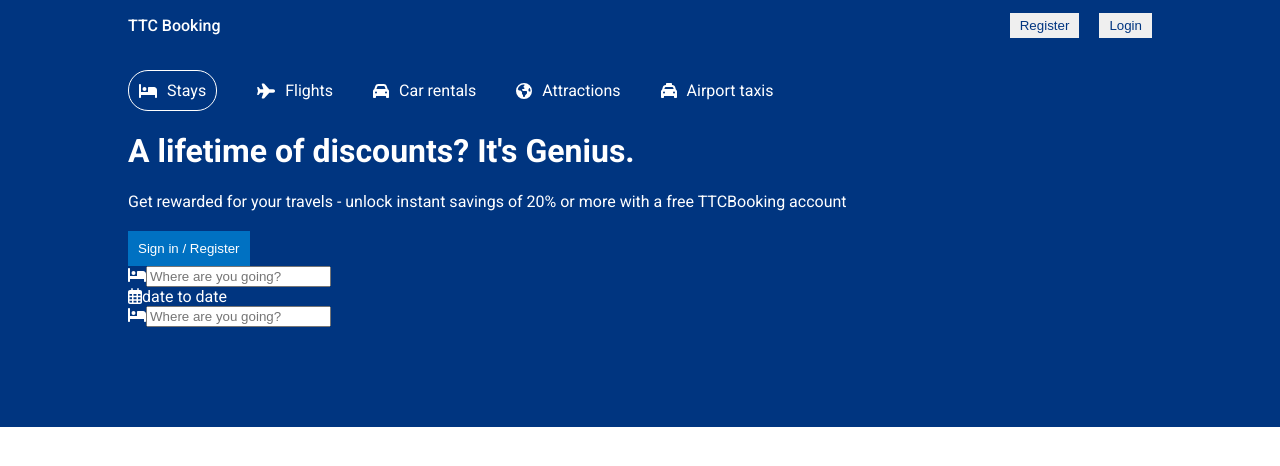
Repository: CarsonDev1/booking-app
Page: /
An editor plug-in stored every save of this project. The page is shown before and after the next save, followed by the edit.
The browser window is 1280 px wide. The pictures show the whole page.
The project was rebuilt for these pictures with package versions that can differ from the ones it lists, and the page was loaded fresh each time. Also part of the build but not shown: src/pages/home/home.css, src/pages/hotel/Hotel.jsx, src/pages/list/List.jsx.

Above is the page before, as saved 2022-12-03 01:00:52.

### public/index.html
<!DOCTYPE html>
<html lang="en">

<head>
  <meta charset="utf-8" />
  <link rel="icon" href="%PUBLIC_URL%/favicon.ico" />
  <meta name="viewport" content="width=device-width, initial-scale=1" />
  <meta name="theme-color" content="#000000" />
  <meta name="description" content="Web site created using create-react-app" />
  <link rel="apple-touch-icon" href="%PUBLIC_URL%/logo192.png" />
  <!--
      manifest.json provides metadata used when your web app is installed on a
      user's mobile device or desktop. See https://developers.google.com/web/fundamentals/web-app-manifest/
    -->
  <link rel="manifest" href="%PUBLIC_URL%/manifest.json" />
  <link rel="preconnect" href="https://fonts.googleapis.com">
  <link rel="preconnect" href="https://fonts.gstatic.com" crossorigin>
  <link
    href="https://fonts.googleapis.com/css2?family=Poppins:ital,wght@0,400;0,500;0,600;0,700;0,800;1,400;1,500;1,600;1,700&family=Roboto:ital,wght@0,300;0,400;0,500;0,700;1,300;1,400;1,500;1,700&display=swap"
    rel="stylesheet">
  <!--
      Notice the use of %PUBLIC_URL% in the tags above.
      It will be replaced with the URL of the `public` folder during the build.
      Only files inside the `public` folder can be referenced from the HTML.

      Unlike "/favicon.ico" or "favicon.ico", "%PUBLIC_URL%/favicon.ico" will
      work correctly both with client-side routing and a non-root public URL.
      Learn how to configure a non-root public URL by running `npm run build`.
    -->
  <title>React App</title>
</head>

<body>
  <noscript>You need to enable JavaScript to run this app.</noscript>
  <div id="root"></div>
  <!--
      This HTML file is a template.
      If you open it directly in the browser, you will see an empty page.

      You can add webfonts, meta tags, or analytics to this file.
      The build step will place the bundled scripts into the <body> tag.

      To begin the development, run `npm start` or `yarn start`.
      To create a production bundle, use `npm run build` or `yarn build`.
    -->
</body>

</html>

### src/index.css
body {
	margin: 0;
	padding: 0;
	box-sizing: border-box;
	font-family: "Roboto", sans-serif;
}

### src/App.js
import { BrowserRouter, Routes, Route } from "react-router-dom";
import Home from "./pages/home/Home";
import Hotel from "./pages/hotel/Hotel";
import List from "./pages/list/List";
function App() {
	return (
		<BrowserRouter>
			<Routes>
				<Route path="/" element={<Home />} />
				<Route path="/hotels" element={<List />} />
				<Route path="/hotels/:id" element={<Hotel />} />
			</Routes>
		</BrowserRouter>
	);
}

export default App;

### src/pages/home/Home.jsx
import Header from "../../components/header/Header";
import Navbar from "../../components/navbar/Navbar";
import "./home.css";

const Home = () => {
	return (
		<div>
			<Navbar />
			<Header />
		</div>
	);
};

export default Home;

### src/components/header/Header.jsx
import { faCalendarDays } from "@fortawesome/free-regular-svg-icons";
import {
	faBed,
	faCar,
	faEarth,
	faMountain,
	faPlane,
	faTaxi,
} from "@fortawesome/free-solid-svg-icons";
import { FontAwesomeIcon } from "@fortawesome/react-fontawesome";
import "./header.css";

const Header = () => {
	return (
		<div className="header">
			<div className="headerContainer">
				<div className="headerList">
					<div className="headerListItem active">
						<FontAwesomeIcon icon={faBed} />
						<span>Stays</span>
					</div>
					<div className="headerListItem">
						<FontAwesomeIcon icon={faPlane} />
						<span>Flights</span>
					</div>
					<div className="headerListItem">
						<FontAwesomeIcon icon={faCar} />
						<span>Car rentals</span>
					</div>
					<div className="headerListItem">
						<FontAwesomeIcon icon={faEarth} />
						<span>Attractions</span>
					</div>
					<div className="headerListItem">
						<FontAwesomeIcon icon={faTaxi} />
						<span>Airport taxis</span>
					</div>
				</div>
				<h1 className="headerTitle">
					A lifetime of discounts? It's Genius.
				</h1>
				<p className="headerDesc">
					Get rewarded for your travels - unlock instant savings of
					20% or more with a free TTCBooking account
				</p>
				<button className="headerBtn">Sign in / Register</button>
				<div className="headerSearch">
					<div className="headerSearchItem">
						<FontAwesomeIcon icon={faBed} className="headerIcon" />
						<input
							type="text"
							placeholder="Where are you going?"
							className="headerSearchInput"
						/>
					</div>
					<div className="headerSearchItem">
						<FontAwesomeIcon
							icon={faCalendarDays}
							className="headerIcon"
						/>
						<span className="headerSearchText">date to date</span>
					</div>
					<div className="headerSearchItem">
						<FontAwesomeIcon icon={faBed} className="headerIcon" />
						<input
							type="text"
							placeholder="Where are you going?"
							className="headerSearchInput"
						/>
					</div>
				</div>
			</div>
		</div>
	);
};

export default Header;

### src/components/navbar/Navbar.jsx
import "./navbar.css";

const NavBar = () => {
	return (
		<div className="navbar">
			<div className="navContainer">
				<span className="logo">TTC Booking</span>
				<div className="navItems">
					<button className="navButton">Register</button>
					<button className="navButton">Login</button>
				</div>
			</div>
		</div>
	);
};

export default NavBar;

### src/components/header/header.css
.header {
	background-color: #003580;
	color: white;
	display: flex;
	justify-content: center;
}
.headerContainer {
	width: 100%;
	max-width: 1024px;
	margin: 20px 0px 100px 0px;
}
.headerList {
	display: flex;
	gap: 40px;
}
.headerListItem {
	display: flex;
	align-items: center;
	gap: 10px;
}
.headerListItem.active {
	border: 1px solid white;
	padding: 10px;
	border-radius: 20px;
}
.headerDesc {
	margin: 20px 0px;
}
.headerBtn {
	background-color: #0071c2;
	color: white;
	font-weight: 500;
	border: none;
	padding: 10px;
	cursor: pointer;
}

### src/components/navbar/navbar.css
.navbar {
	height: 50px;
	background-color: #003580;
	display: flex;
	justify-content: center;
}
.navContainer {
	width: 100%;
	max-width: 1024px;
	color: white;
	display: flex;
	align-items: center;
	justify-content: space-between;
}
.logo {
	font-weight: 500;
}
.navButton {
	margin-left: 20px;
	border: none;
	padding: 5px 10px;
	cursor: pointer;
	color: #003580;
}

Loaded but not shown: src/index.js (common file)

After the next save:
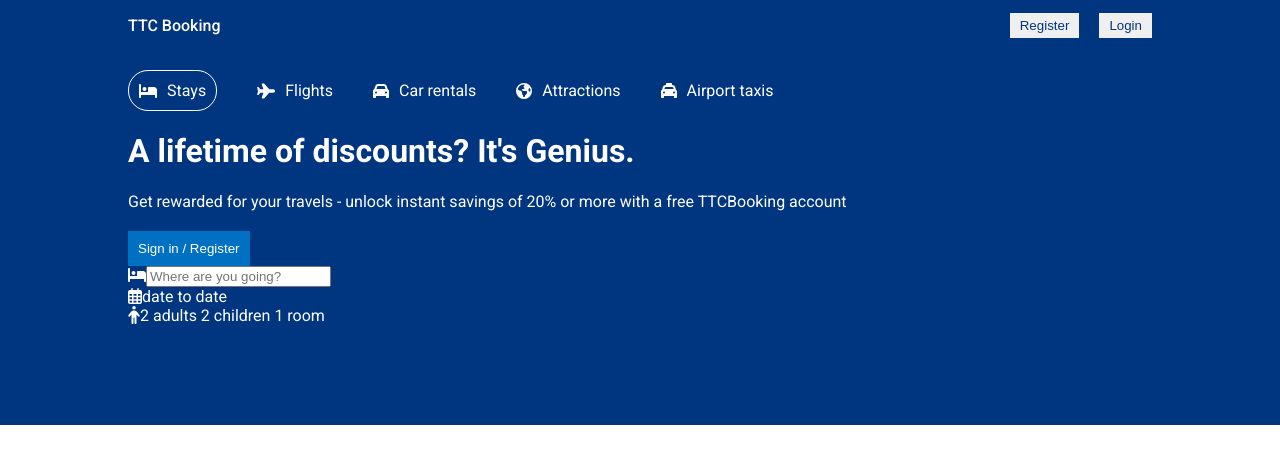
Saved 49 s later.
--- a/src/components/header/Header.jsx
+++ b/src/components/header/Header.jsx
@@ -4,6 +4,7 @@ import {
 	faCar,
 	faEarth,
 	faMountain,
+	faPerson,
 	faPlane,
 	faTaxi,
 } from "@fortawesome/free-solid-svg-icons";
@@ -61,12 +62,13 @@ const Header = () => {
 						<span className="headerSearchText">date to date</span>
 					</div>
 					<div className="headerSearchItem">
-						<FontAwesomeIcon icon={faBed} className="headerIcon" />
-						<input
-							type="text"
-							placeholder="Where are you going?"
-							className="headerSearchInput"
+						<FontAwesomeIcon
+							icon={faPerson}
+							className="headerIcon"
 						/>
+						<span className="headerSearchText">
+							2 adults 2 children 1 room
+						</span>
 					</div>
 				</div>
 			</div>
